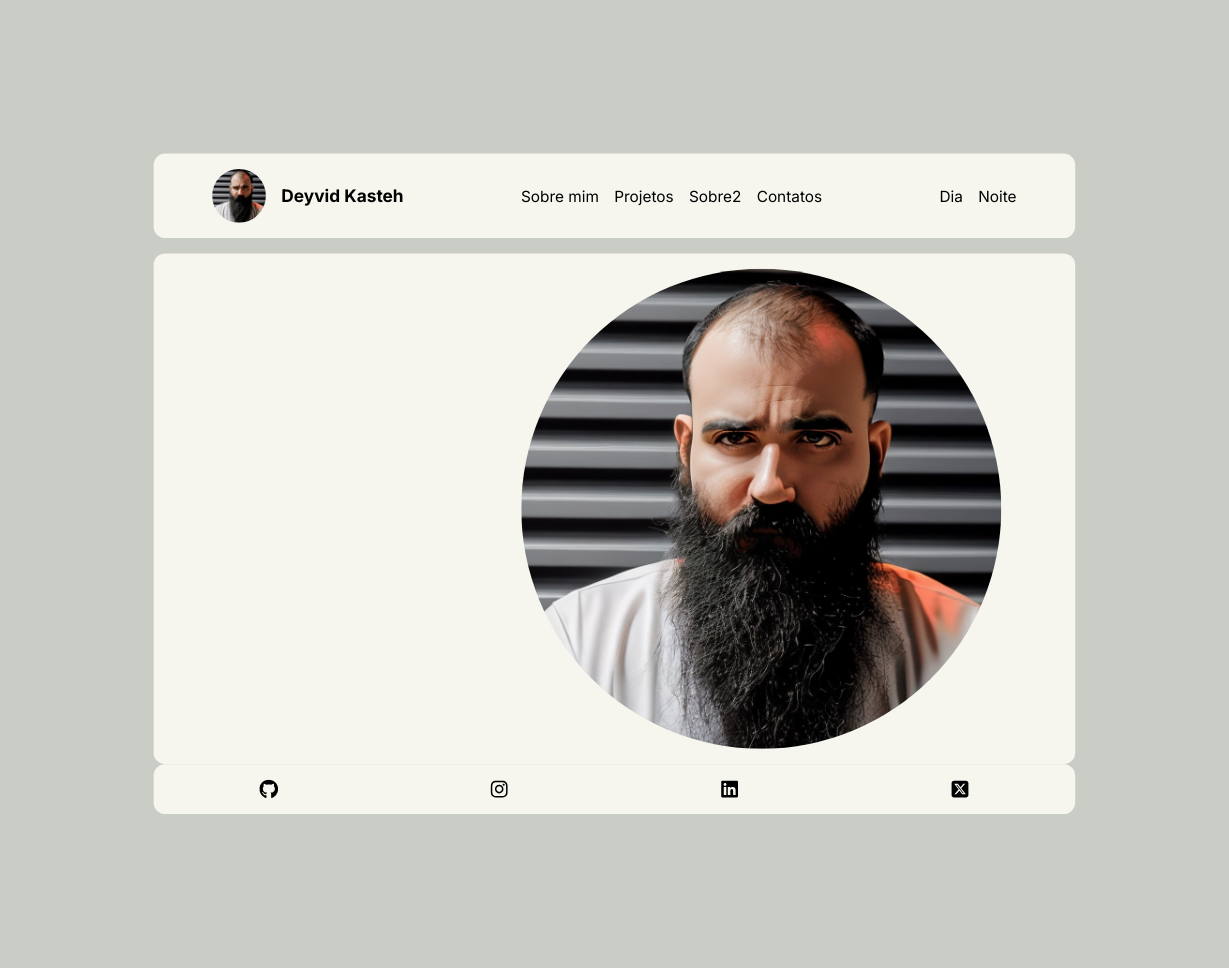
Repository: Deyvid-Kasteh/kasteh_portfolio
Page: /
These files come from the project's save history. The page is drawn as it stood at one moment and after a run of saves; the edit follows.
The browser window is 1280 px wide. The pictures show the whole page, at 96% of full size.
The project was rebuilt for these pictures with package versions that can differ from the ones it lists, and the page was loaded fresh each time. The framework's server and built-in components were replaced by stand-ins that run in the browser. Also part of the build but not shown: next.config.mjs.

Above is the page before, as saved 2024-03-26 00:21:09.

### src/app/layout.tsx
import type { Metadata } from "next";
import { Inter } from "next/font/google";
import "./globals.css";

const inter = Inter({ subsets: ["latin"] });

export const metadata: Metadata = {
  title: "Create Next App",
  description: "Generated by create next app",
};

export default function RootLayout({
  children,
}: Readonly<{
  children: React.ReactNode;
}>) {
  return (
    <html lang="pt-br">
      <body
        className={`bg-customGrayBG ${inter.className} p-4 sm:p-6 md:p-8 lg:p-10 xl:p-40`}
      >
        {children}
      </body>
    </html>
  );
}

### src/app/page.tsx
import Footer from "./components/footer";
import Header from "./components/header";
import Main from "./components/main";

export default function Home() {
  return (
    <>
      <Header />
      <Main />
      <Footer/>
    </>
  );
}

### src/app/globals.css
@tailwind base;
@tailwind components;
@tailwind utilities;

:root {
  --foreground-rgb: 0, 0, 0;
  --background-start-rgb: 214, 219, 220;
  --background-end-rgb: 0, 0, 0;
}

/* @media (prefers-color-scheme: dark) {
  :root {
    --foreground-rgb: 255, 255, 255;
    --background-start-rgb: 0, 0, 0;
    --background-end-rgb: 0, 0, 0;
  }
} */

body {
  color: "#25282B"
  /* background: linear-gradient(
      to bottom,
      transparent,
      rgb(var(--background-end-rgb))
    )
    rgb(var(--background-start-rgb)); */
}



@layer utilities {
  .text-balance {
    text-wrap: balance;
  }
}

### src/app/components/footer.tsx
import React from "react";
import {
  FaGithub,
  FaInstagram,
  FaLinkedin
} from "react-icons/fa";
import { FaSquareXTwitter } from "react-icons/fa6";

const Footer: React.FC = () => {
  return (
    <main className="bg-customGrayComponents flex justify-around items-center py-4 rounded-xl text-[20px]">
      <FaGithub />
      <FaInstagram />
      <FaLinkedin />
      <FaSquareXTwitter />
    </main>
  );
};

export default Footer;

### src/app/components/header.tsx
import React from "react";
import logo from "../../../public/deyvidKaseth.jpg";
import Image from "next/image";

const Header: React.FC = () => {
  return (
    <header className="bg-customGrayComponents flex justify-around items-center py-4 rounded-xl mb-4">
      <div className="flex items-center space-x-4">
        <Image src={logo} alt="Logo" className="rounded-full w-14 h-14" />
        <h1 className="text-lg font-bold">Deyvid Kasteh</h1>
      </div>
      <nav>
        <ul className="flex space-x-4">
          <li>
            <a href="#">Sobre mim</a>
          </li>
          <li>
            <a href="#" c>
              Projetos
            </a>
          </li>
          <li>
            <a href="#">Sobre2</a>
          </li>
          <li>
            <a href="#">Contatos</a>
          </li>
        </ul>
      </nav>
      <div className="flex space-x-4">
        <p>Dia</p>
        <p>Noite</p>
      </div>
    </header>
  );
};

export default Header;

### src/app/components/main.tsx
import React from 'react'
import MinhaFoto from './common/fotoDeyvidKasteh';

const Main: React.FC = () => {
  return (
    <main className="bg-customGrayComponents flex justify-around items-center py-4 rounded-xl">
      <div></div>
      <div></div>
      <MinhaFoto height={500} width={500} />
    </main>
  );
}

export default Main

### src/app/components/common/fotoDeyvidKasteh.tsx
import React from "react"
import minhafoto from "../../../../public/deyvidKaseth.jpg"
import Image from "next/image"


interface ImageProps {
  width: number;
  height: number;
}


const MinhaFoto: React.FC<ImageProps> = ({ width, height }) => {
  return (
    <Image
      src={minhafoto}
      alt="Foto de Deyvid Kasteh"
      width={width}
      height={height}
      className="rounded-full"
    />
  );
};

export default MinhaFoto

### tailwind.config.ts
import type { Config } from "tailwindcss";

const config: Config = {
  content: [
    "./src/pages/**/*.{js,ts,jsx,tsx,mdx}",
    "./src/components/**/*.{js,ts,jsx,tsx,mdx}",
    "./src/app/**/*.{js,ts,jsx,tsx,mdx}",
  ],
  theme: {
    extend: {
      backgroundImage: {
        "gradient-radial": "radial-gradient(var(--tw-gradient-stops))",
        "gradient-conic":
          "conic-gradient(from 180deg at 50% 50%, var(--tw-gradient-stops))",
      },
      colors: {
        customGrayBG: "#CACCC6", // Definindo o background color
        customGrayComponents: "#F6F6EF",
      },
    },
  },
  plugins: [],
};
export default config;

After the next 2 saves:
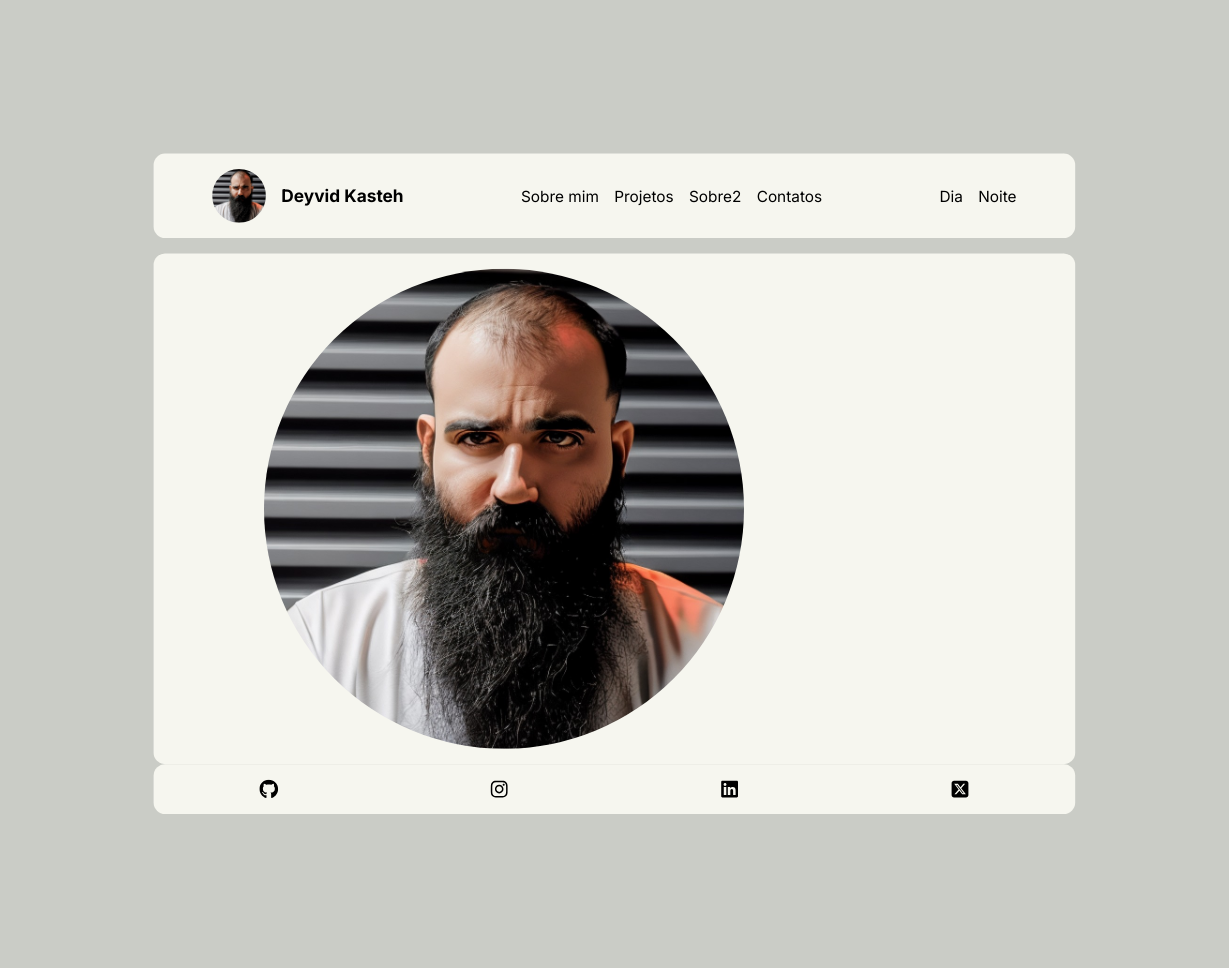
The 2 saves are shown as one change because they came seconds apart.
The last was saved 9 s later.
--- a/src/app/components/main.tsx
+++ b/src/app/components/main.tsx
@@ -4,9 +4,11 @@ import MinhaFoto from './common/fotoDeyvidKasteh';
 const Main: React.FC = () => {
   return (
     <main className="bg-customGrayComponents flex justify-around items-center py-4 rounded-xl">
+      <div>
+        {" "}
+        <MinhaFoto height={500} width={500} />
+      </div>
       <div></div>
-      <div></div>
-      <MinhaFoto height={500} width={500} />
     </main>
   );
 }
